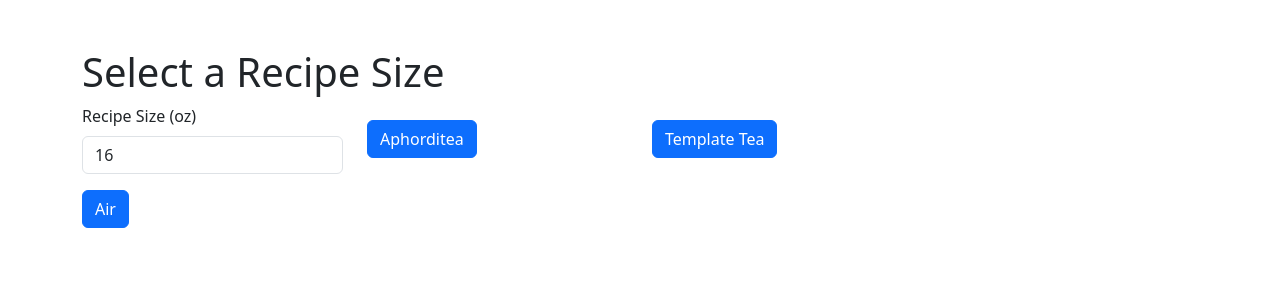
Repository: ChaidGPT/CKBatchHelper
Page: index.html
These files come from the project's save history. The page is drawn as it stood at one moment and after the next save; the edit follows.
The browser window is 1280 px wide. The pictures show the whole page.

Above is the page before, as saved 2023-06-27 12:23:32.

After the next save:
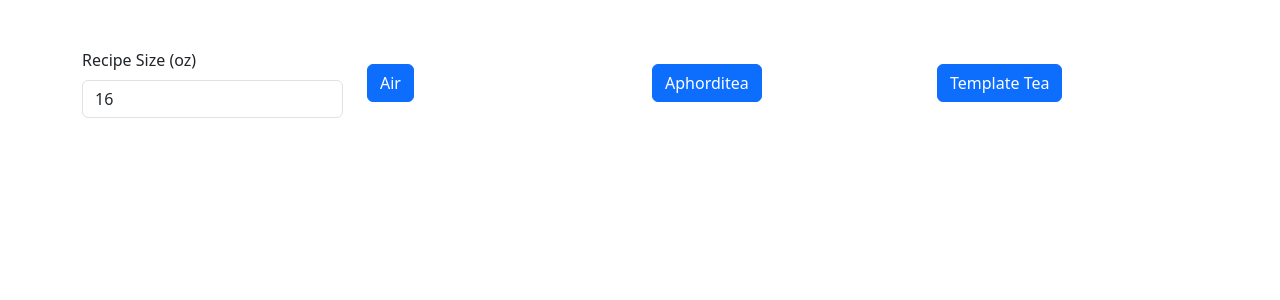
Saved 3 min 7 s later.
--- a/index.html
+++ b/index.html
@@ -15,15 +15,18 @@
   <main>
     <section id="section1" class="py-5">
       <div class="container">
-        <h1>Select a Recipe Size</h1>
         <div class="row">
           <div class="col-lg-3">
+            <!-- Recipe Size Field -->
             <div class="mb-3">
               <label for="recipeSize" class="form-label">Recipe Size (oz)</label>
               <input type="number" class="form-control" id="recipeSize" value="16">
             </div>
-            <button class="btn btn-primary" type="button" data-bs-toggle="collapse" data-bs-target="#airCollapse"
-              aria-expanded="false" aria-controls="airCollapse">
+          </div>
+          <div class="col-lg-3">
+            <!-- Air Tea Button -->
+            <button class="btn btn-primary mt-3" type="button" data-bs-toggle="collapse"
+              data-bs-target="#airCollapse" aria-expanded="false" aria-controls="airCollapse">
               Air
             </button>
             <div class="collapse mt-3" id="airCollapse">
@@ -66,6 +69,7 @@
             </div>
           </div>
           <div class="col-lg-3">
+            <!-- Aphorditea Tea Button -->
             <button class="btn btn-primary mt-3" type="button" data-bs-toggle="collapse"
               data-bs-target="#aphorditeaCollapse" aria-expanded="false" aria-controls="aphorditeaCollapse">
               Aphorditea
@@ -127,13 +131,28 @@
                   <tbody>
                     <tr>
                       <td>Ingredient 1</td>
-                      <td class="ingredientQty" data-ingredient="ingredient1" data-base-quantity="X">X</td>
+                      <td class="ingredientQty" data-ingredient="ingredient1" data-base-quantity="0">0</td>
                     </tr>
                     <tr>
                       <td>Ingredient 2</td>
-                      <td class="ingredientQty" data-ingredient="ingredient2" data-base-quantity="Y">Y</td>
+                      <td class="ingredientQty" data-ingredient="ingredient2" data-base-quantity="0">0</td>
                     </tr>
-                    <!-- Add more ingredients here -->
+                    <tr>
+                      <td>Ingredient 3</td>
+                      <td class="ingredientQty" data-ingredient="ingredient3" data-base-quantity="0">0</td>
+                    </tr>
+                    <tr>
+                      <td>Ingredient 4</td>
+                      <td class="ingredientQty" data-ingredient="ingredient4" data-base-quantity="0">0</td>
+                    </tr>
+                    <tr>
+                      <td>Ingredient 5</td>
+                      <td class="ingredientQty" data-ingredient="ingredient5" data-base-quantity="0">0</td>
+                    </tr>
+                    <tr>
+                      <td>Ingredient 6</td>
+                      <td class="ingredientQty" data-ingredient="ingredient6" data-base-quantity="0">0</td>
+                    </tr>
                   </tbody>
                 </table>
               </div>
@@ -147,22 +166,25 @@
   <!-- Bootstrap JS -->
   <script src="https://cdn.jsdelivr.net/npm/bootstrap@5.3.0/dist/js/bootstrap.bundle.min.js"
     integrity="sha384-geWF76RCwLtnZ8qwWowPQNguL3RmwHVBC9FhGdlKrxdiJJigb/j/68SIy3Te4Bkz" crossorigin="anonymous"></script>
+
   <script>
-    document.addEventListener('DOMContentLoaded', function () {
-      const recipeSizeInput = document.getElementById('recipeSize');
-      const ingredientQtyElements = document.querySelectorAll('.ingredientQty');
+    // Update ingredient quantities based on recipe size
+    function updateIngredientQuantities(recipeSize) {
+      const ingredientQtyElements = document.getElementsByClassName('ingredientQty');
 
-      recipeSizeInput.addEventListener('input', function () {
-        const recipeSize = parseFloat(recipeSizeInput.value);
+      for (let i = 0; i < ingredientQtyElements.length; i++) {
+        const ingredientQtyElement = ingredientQtyElements[i];
+        const baseQuantity = parseFloat(ingredientQtyElement.dataset.baseQuantity);
+        const newQuantity = baseQuantity * (recipeSize / 16);
+        ingredientQtyElement.innerText = newQuantity.toFixed(1);
+      }
+    }
 
-        ingredientQtyElements.forEach(function (element) {
-          const baseQuantity = parseFloat(element.dataset.baseQuantity);
-          const ingredient = element.dataset.ingredient;
-          const newQuantity = baseQuantity * (recipeSize / 16);
-
-          element.textContent = newQuantity.toFixed(2);
-        });
-      });
+    // Event listener for recipe size change
+    const recipeSizeInput = document.getElementById('recipeSize');
+    recipeSizeInput.addEventListener('input', function () {
+      const recipeSize = parseFloat(this.value);
+      updateIngredientQuantities(recipeSize);
     });
   </script>
 </body>
